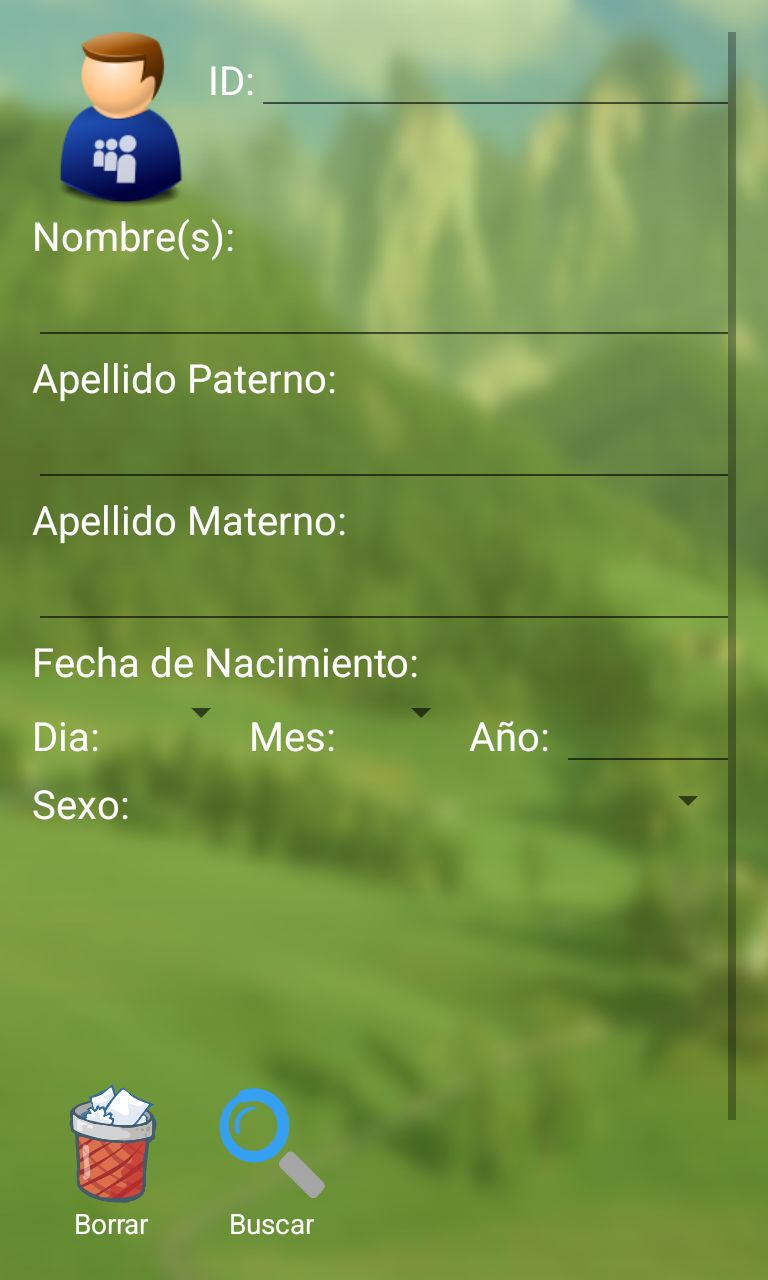
Repository: AntonioloNeviani/ProyectoDeInvestigacion_Android
Layout: FiliiStude/res/layout/activity_editar_usuario.xml
An editor plug-in stored every save of this project. The layout is shown before and after the next save, followed by the edit.
It is drawn on a 768 x 1280 px phone screen (xhdpi) without system bars, with theme AppTheme; the app's code is not run.

Above is the layout before, as saved 2015-05-26 18:47:56.

### FiliiStude/res/layout/activity_editar_usuario.xml
<RelativeLayout xmlns:android="http://schemas.android.com/apk/res/android"
    xmlns:tools="http://schemas.android.com/tools"
    android:layout_width="match_parent"
    android:layout_height="match_parent"
    android:background="@drawable/fondo4"
    android:paddingBottom="@dimen/activity_vertical_margin"
    android:paddingLeft="@dimen/activity_horizontal_margin"
    android:paddingRight="@dimen/activity_horizontal_margin"
    android:paddingTop="@dimen/activity_vertical_margin"
    tools:context="com.filii.filiistude.EditarUsuario" >

    <ScrollView
        android:id="@+id/scrollView1"
        android:layout_width="match_parent"
        android:layout_height="match_parent" >

        <LinearLayout
            android:layout_width="match_parent"
            android:layout_height="match_parent"
            android:orientation="vertical" >

            <LinearLayout
                android:layout_width="match_parent"
                android:layout_height="wrap_content" >

                <ImageView
                    android:id="@+id/imageView1"
                    android:layout_width="88dp"
                    android:layout_height="88dp"
                    android:src="@drawable/usuario" />

                <TextView
                    android:id="@+id/textView2"
                    android:layout_width="wrap_content"
                    android:layout_height="wrap_content"
                    android:text="ID:"
                    android:textColor="#FFFFFF"
                    android:textSize="20sp" />

                <EditText
                    android:id="@+id/editID"
                    android:layout_width="wrap_content"
                    android:layout_height="wrap_content"
                    android:layout_weight="1"
                    android:inputType="number"
                    android:textColor="#FFFFFF"
                    android:textSize="20sp" />
            </LinearLayout>

            <TextView
                android:id="@+id/textView1"
                android:layout_width="wrap_content"
                android:layout_height="wrap_content"
                android:text="Nombre(s): "
                android:textColor="#FFFFFF"
                android:textSize="20sp" />

            <EditText
                android:id="@+id/editNombre"
                android:layout_width="match_parent"
                android:layout_height="wrap_content"
                android:ems="10"
                android:inputType="textPersonName"
                android:textColor="#FFFFFF"
                android:textSize="20sp" />

            <TextView
                android:id="@+id/textView3"
                android:layout_width="wrap_content"
                android:layout_height="wrap_content"
                android:text="Apellido Paterno: "
                android:textColor="#FFFFFF"
                android:textSize="20sp" />

            <EditText
                android:id="@+id/editApaterno"
                android:layout_width="match_parent"
                android:layout_height="wrap_content"
                android:ems="10"
                android:inputType="textPersonName"
                android:textColor="#FFFFFF"
                android:textSize="20sp" />

            <TextView
                android:id="@+id/textView4"
                android:layout_width="wrap_content"
                android:layout_height="wrap_content"
                android:text="Apellido Materno: "
                android:textColor="#FFFFFF"
                android:textSize="20sp" />

            <EditText
                android:id="@+id/editAmaterno"
                android:layout_width="match_parent"
                android:layout_height="wrap_content"
                android:ems="10"
                android:inputType="textPersonName"
                android:textColor="#FFFFFF"
                android:textSize="20sp" />

            <TextView
                android:id="@+id/textView5"
                android:layout_width="wrap_content"
                android:layout_height="wrap_content"
                android:text="Fecha de Nacimiento: "
                android:textColor="#FFFFFF"
                android:textSize="20sp" />

            <LinearLayout
                android:layout_width="match_parent"
                android:layout_height="wrap_content" >

                <TextView
                    android:id="@+id/textView7"
                    android:layout_width="wrap_content"
                    android:layout_height="wrap_content"
                    android:text="Dia: "
                    android:textColor="#FFFFFF"
                    android:textSize="20sp" />

                <Spinner
                    android:id="@+id/spinnerDia"
                    android:layout_width="56dp"
                    android:layout_height="wrap_content"
                    android:layout_weight="1" />

                <TextView
                    android:id="@+id/textView8"
                    android:layout_width="wrap_content"
                    android:layout_height="wrap_content"
                    android:text="Mes: "
                    android:textColor="#FFFFFF"
                    android:textSize="20sp" />

                <Spinner
                    android:id="@+id/spinnerMes"
                    android:layout_width="wrap_content"
                    android:layout_height="wrap_content"
                    android:layout_weight="1" />

                <TextView
                    android:id="@+id/textView9"
                    android:layout_width="wrap_content"
                    android:layout_height="wrap_content"
                    android:text="Año: "
                    android:textColor="#FFFFFF"
                    android:textSize="20sp" />

                <EditText
                    android:id="@+id/editAnno"
                    android:layout_width="74dp"
                    android:layout_height="wrap_content"
                    android:layout_weight="1"
                    android:ems="10"
                    android:inputType="date"
                    android:textColor="#FFFFFF"
                    android:textSize="20sp" />
            </LinearLayout>

            <LinearLayout
                android:layout_width="match_parent"
                android:layout_height="80dp" >

                <TextView
                    android:id="@+id/textView6"
                    android:layout_width="wrap_content"
                    android:layout_height="wrap_content"
                    android:text="Sexo: "
                    android:textColor="#FFFFFF"
                    android:textSize="20sp" />

                <Spinner
                    android:id="@+id/sexo"
                    android:layout_width="120dp"
                    android:layout_height="wrap_content"
                    android:layout_weight="1"
                    android:textColor="#FFFFFF"
                    android:textSize="20sp" />
            </LinearLayout>

           <LinearLayout
                android:layout_width="wrap_content"
                android:layout_height="wrap_content" >

                <LinearLayout
                    android:layout_width="wrap_content80dp"
                    android:layout_height="match_parent"
                    android:orientation="vertical"
                    android:gravity="center" >

                    <ImageButton
                        android:id="@+id/btnActualizar"
                        android:layout_width="60dp"
                        android:layout_height="60dp"
                        android:background="@drawable/autosave"
                        android:onClick="onClick" />

                    <TextView
                        android:id="@+id/txtActualizar"
                        android:layout_width="wrap_content"
                        android:layout_height="wrap_content"
                        android:textColor="#FFFFFF"
                        android:text="Actualizar" />

                </LinearLayout>

				<LinearLayout
                    android:layout_width="80dp"
                    android:layout_height="match_parent"
                    android:orientation="vertical"
                    android:gravity="center" >

                    <ImageButton
                        android:id="@+id/btnEliminar"
                        android:layout_width="60dp"
                        android:layout_height="60dp"
                        android:background="@drawable/erase"
                        android:onClick="onClick" />

                    <TextView
                        android:id="@+id/txtEliminar"
                        android:layout_width="wrap_content"
                        android:layout_height="wrap_content"
                        android:textColor="#FFFFFF"
                        android:text="Borrar" />

                </LinearLayout>


				<LinearLayout
                    android:layout_width="80dp"
                    android:layout_height="match_parent"
                    android:orientation="vertical"
                    android:gravity="center" >

                    <ImageButton
                        android:id="@+id/btnBuscar"
                        android:layout_width="60dp"
                        android:layout_height="60dp"
                        android:background="@drawable/seach"
                        android:onClick="onClick" />

                    <TextView
                        android:id="@+id/txtBuscar"
                        android:layout_width="wrap_content"
                        android:layout_height="wrap_content"
                        android:textColor="#FFFFFF"
                        android:text="Buscar" />

                </LinearLayout>

            </LinearLayout>
        </LinearLayout>

    </ScrollView>

</RelativeLayout>

Loaded but not shown: FiliiStude/res/values/styles.xml (common file); FiliiStude/res/values-v11/styles.xml (common file); FiliiStude/res/values-v14/styles.xml (common file); FiliiStude/res/values/dimens.xml (common file); FiliiStude/res/values-w820dp/dimens.xml (common file)

After the next save:
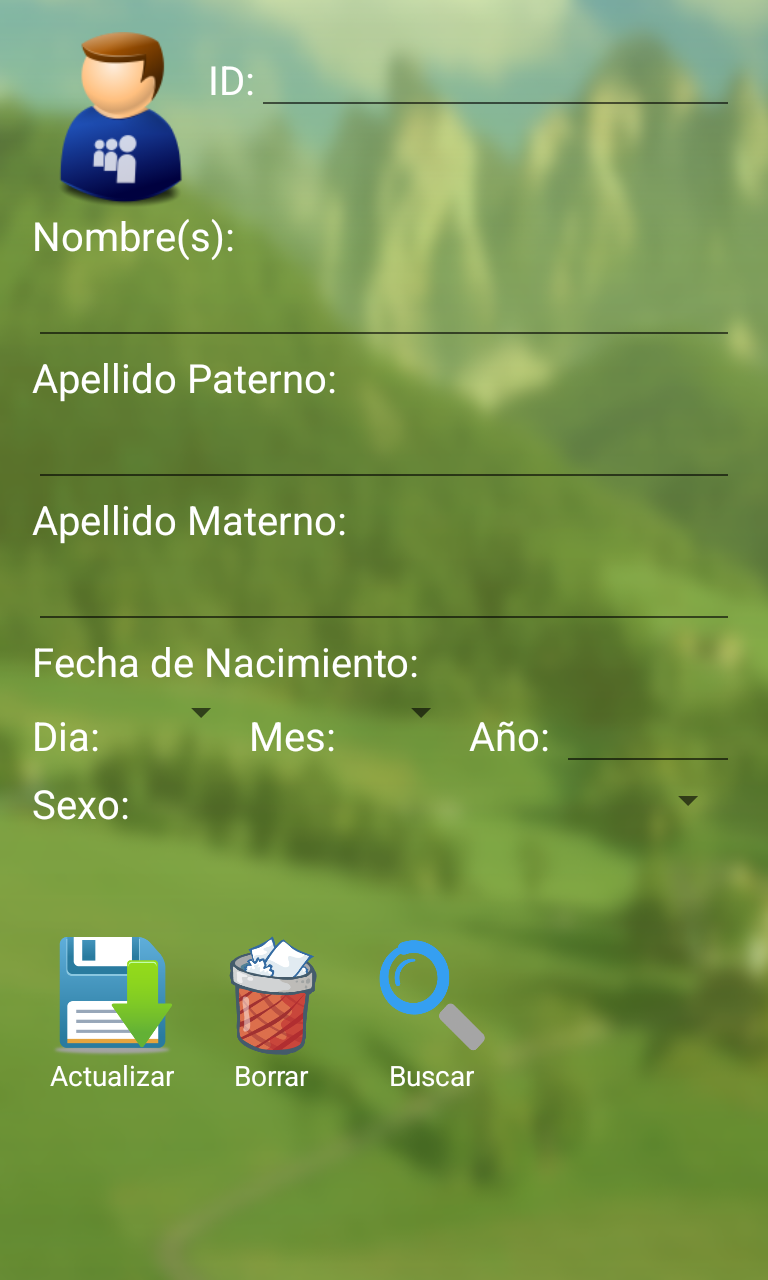
Saved 19 s later.
--- a/FiliiStude/res/layout/activity_editar_usuario.xml
+++ b/FiliiStude/res/layout/activity_editar_usuario.xml
@@ -183,7 +183,7 @@
                 android:layout_height="wrap_content" >
 
                 <LinearLayout
-                    android:layout_width="wrap_content80dp"
+                    android:layout_width="80dp"
                     android:layout_height="match_parent"
                     android:orientation="vertical"
                     android:gravity="center" >
